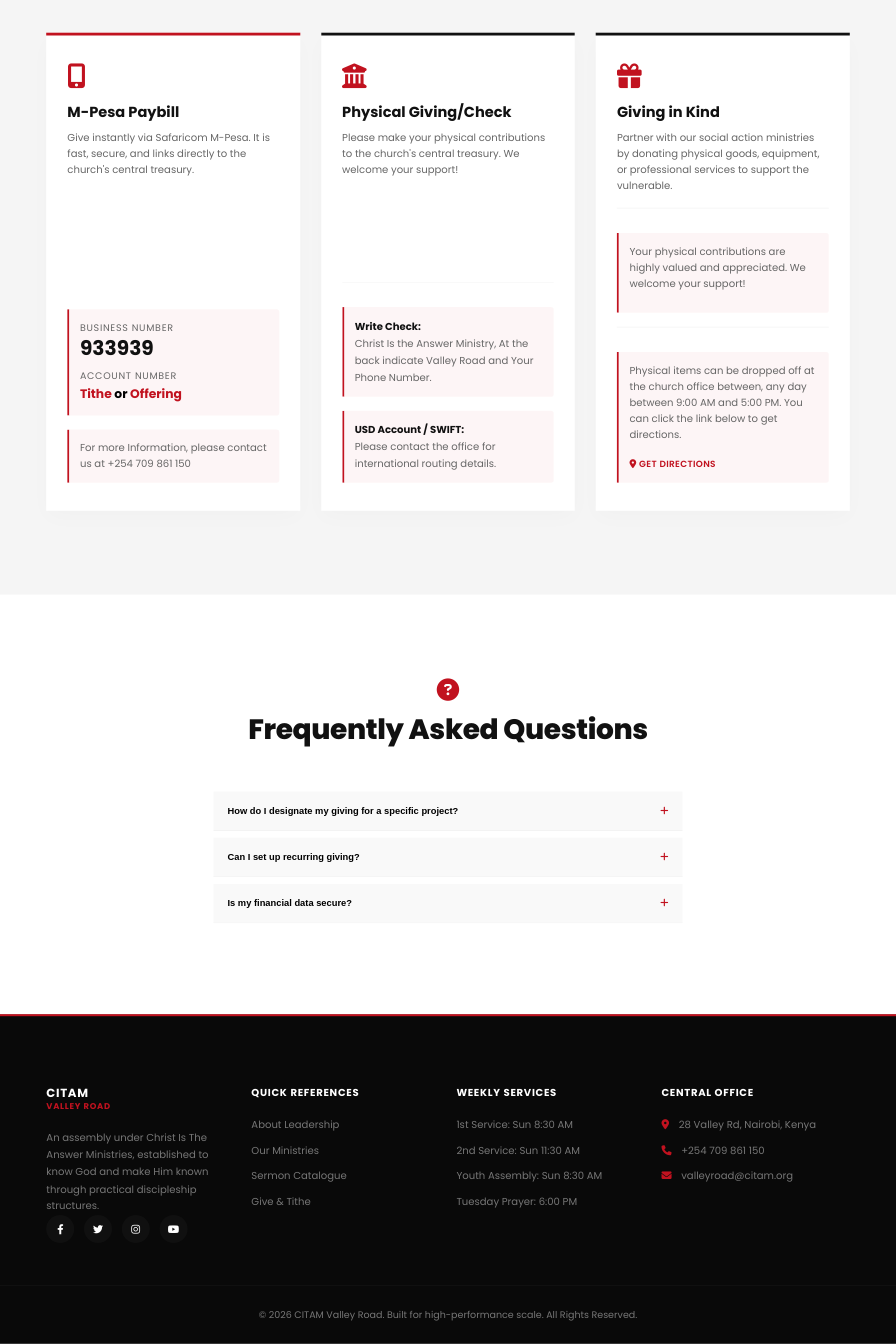
Repository: jereworks/CITAMVRD-Website
Page: give.html
These files come from the project's save history. The page is drawn as it stood at one moment and after the next save; the edit follows.
The browser window is 1280 px wide. The pictures show the part of the page from y = 774 to 2694 px (the page is 2694 px tall before and 2565 px after), at 70% of full size.

Above is the page before, as saved 2026-06-12 07:57:57.

### give.html
<!DOCTYPE html>
<html lang="en">
<head>
    <meta charset="UTF-8">
    <meta name="viewport" content="width=device-width, initial-scale=1.0">
    <meta name="description" content="Support the ministry at CITAM Valley Road through your tithes, offerings, and partnership. Find our M-Pesa Paybill, Bank details, and other giving methods.">
    <title>Give & Partner | CITAM Valley Road</title>

    <link rel="preconnect" href="https://fonts.googleapis.com">
    <link rel="preconnect" href="https://fonts.gstatic.com" crossorigin>
    <link href="https://fonts.googleapis.com/css2?family=Poppins:wght@300;400;500;600;700;800&display=swap" rel="stylesheet">
    <link rel="stylesheet" href="https://cdnjs.cloudflare.com/ajax/libs/font-awesome/6.4.0/css/all.min.css">

    <link rel="stylesheet" href="css/style.css">
</head>
<body>

    <div class="top-bar">
        <div class="container top-bar-flex">
            <div class="top-info">
                <span><i class="fas fa-phone-alt"></i> +254 709 861 150</span>
                <span><i class="fas fa-envelope"></i> valleyroad@citam.org</span>
                <span><i class="fas fa-map-marker-alt"></i> 28 Valley Rd, Nairobi, Kenya</span>
            </div>
            <div class="top-social">
                <a href="https://www.facebook.com/citamvrdke" target="_blank" aria-label="Facebook"><i class="fab fa-facebook-f"></i></a>
                <a href="https://x.com/CitamVrdKE" aria-label="Twitter"><i class="fab fa-twitter"></i></a>
                <a href="https://www.instagram.com/citamvrdke/" aria-label="Instagram"><i class="fab fa-instagram"></i></a>
                <a href="https://www.youtube.com/@CITAMValleyRoadNPC" aria-label="YouTube"><i class="fab fa-youtube"></i></a>
            </div>
        </div>
    </div>

    <header class="header" id="header">
        <div class="container nav-container">

            <a href="index.html" class="logo" aria-label="CITAM Valley Road Home" style="display: flex; align-items: center; gap: 15px; text-decoration: none;">
                <img src="images/CITAMLOGO.svg" alt="CITAM Logo" style="height: 70px; width: auto; display: block;">

                <div style="display: flex; flex-direction: column; justify-content: center;">
                    <span style="font-size: 2.2rem; font-weight: 800; color: #ffffff; line-height: 0.85; letter-spacing: 2px;">
                        CITAM
                    </span>
                    <span style="font-size: 0.7rem; font-weight: 400; color: #ffffff; line-height: 1; margin-top: 6px; text-transform: uppercase; width: 100%; text-align-last: justify;">
                        Valley Road
                    </span>
                </div>
            </a>

            <nav class="nav-menu" id="nav-menu" aria-label="Main Navigation">
                <ul class="nav-list">
                    <li><a href="index.html">Home</a></li>
                    <li><a href="about.html">About Us</a></li>
                    <li><a href="ministries.html">Ministries</a></li>
                    <li><a href="sermons.html">Sermons</a></li>
                    <li><a href="events.html">Events</a></li>
                    <li><a href="gallery.html">Gallery</a></li>
                    <li><a href="contact.html">Contact</a></li>
                </ul>
            </nav>

            <div class="nav-actions">
                <a href="give.html" class="btn btn-primary btn-nav active">Give / Tithe</a>
                <button class="hamburger" id="hamburger" aria-expanded="false" aria-label="Toggle navigation menu">
                    <i class="fas fa-bars"></i>
                </button>
            </div>
        </div>
    </header>

    <section class="about-hero-banner" style="background: linear-gradient(rgba(17, 17, 17, 0.85), rgba(17, 17, 17, 0.85)), url('https://images.unsplash.com/photo-1529070538774-1843cb3265df?auto=format&fit=crop&w=1920&q=80') no-repeat center center/cover;">
        <div class="container text-center">
            <span class="hero-pre-tag animate-on-scroll reveal-up">Worship & Partner</span>
            <h1 class="animate-on-scroll reveal-up delay-1">Giving & Tithes</h1>
            <p class="hero-subtext animate-on-scroll reveal-up delay-2">Honoring God through our resources to advance the Kingdom, support our community, and impact the world.</p>
        </div>
    </section>

    <section class="section bg-light">
        <div class="container">
            <div class="text-center mb-4">
                <span class="section-subtitle text-primary">Secure Transfer Ecosystems</span>
                <h2 class="section-title">Ways to Give</h2>
                <p class="max-width-text">Select a convenient, secure method to channel your tithes, offerings, and special project partnerships.</p>
            </div>

            <div class="grid-3 mt-4">

                <div class="identity-box card-vision animate-on-scroll reveal-up" style="display: flex; flex-direction: column;">
                    <div style="overflow: visible;">
                        <i class="fas fa-mobile-alt icon-lead text-primary"></i>
                    </div>
                    <h3>M-Pesa Paybill</h3>
                    <p style="flex-grow: 1;">Give instantly via Safaricom M-Pesa. It is fast, secure, and links directly to the church's central treasury.</p>

                    <div style="background: rgba(193, 18, 31, 0.04); border-left: 3px solid var(--primary); padding: 15px; margin-top: 20px; border-radius: 0 4px 4px 0;">
                        <span style="display: block; font-size: 0.85rem; color: var(--text-muted); text-transform: uppercase; letter-spacing: 1px;">Business Number</span>
                        <strong style="display: block; font-size: 1.8rem; color: var(--dark); line-height: 1.2;">933939</strong>

                        <span style="display: block; font-size: 0.85rem; color: var(--text-muted); text-transform: uppercase; letter-spacing: 1px; margin-top: 12px;">Account Number</span>
                        <strong style="display: block; font-size: 1.1rem; color: var(--primary);">Tithe <span style="color: #000000;">or</span> Offering</strong>
                    </div>

                    <div style="background: rgba(193, 18, 31, 0.04); border-left: 3px solid var(--primary); padding: 15px; margin-top: 20px; border-radius: 0 4px 4px 0;">
                        <p style="flex-grow: 1;">For more Information, please contact us at +254 709 861 150</p>
                    </div>

                </div>

                <div class="identity-box animate-on-scroll reveal-up delay-1" style="display: flex; flex-direction: column;">
                    <div style="overflow: visible;">
                        <i class="fas fa-university icon-lead text-primary"></i>
                    </div>
                    <h3>Physical Giving/Check</h3>
                    <p style="flex-grow: 1;">Please make your physical contributions to the church's central treasury. We welcome your support!</p>

                    <div style="border-top: 1px solid rgba(0,0,0,0.05); padding-top: 15px; margin-top: 20px;">
                        <ul style="list-style: none; font-size: 0.9rem;">
                            <li style="background: rgba(193, 18, 31, 0.04); border-left: 3px solid var(--primary); padding: 15px; margin-top: 20px; border-radius: 0 4px 4px 0;">
                                <strong style="color: var(--dark); display: block;">Write Check:</strong>
                                Christ Is the Answer Ministry, At the back indicate Valley Road and Your Phone Number.
                            </li>

                            <li style="background: rgba(193, 18, 31, 0.04); border-left: 3px solid var(--primary); padding: 15px; margin-top: 20px; border-radius: 0 4px 4px 0;">
                                <strong style="color: var(--dark); display: block;">USD Account / SWIFT:</strong>
                                Please contact the office for international routing details.
                            </li>
                        </ul>
                    </div>
                </div>

                <div class="identity-box animate-on-scroll reveal-up delay-2" style="display: flex; flex-direction: column;">
                    <div style="overflow: visible;">
                        <i class="fas fa-gift icon-lead text-primary"></i>
                    </div>
                    <h3>Giving in Kind</h3>
                    <p style="flex-grow: 1;">Partner with our social action ministries by donating physical goods, equipment, or professional services to support the vulnerable.</p>


                    <div style="border-top: 1px solid rgba(0,0,0,0.05); padding-top: 15px; margin-top: 20px;">
                        <div style="background: rgba(193, 18, 31, 0.04); border-left: 3px solid var(--primary); padding: 15px; margin-top: 20px; border-radius: 0 4px 4px 0;">
                            <p style="font-size: 0.9rem; margin-bottom: 15px;">Your physical contributions are highly valued and appreciated. We welcome your support!</p>
                        </div>
                    </div>

                    <div style="border-top: 1px solid rgba(0,0,0,0.05); padding-top: 15px; margin-top: 20px;">
                        <div style="background: rgba(193, 18, 31, 0.04); border-left: 3px solid var(--primary); padding: 15px; margin-top: 20px; border-radius: 0 4px 4px 0;">
                            <p style="font-size: 0.9rem; margin-bottom: 15px;">Physical items can be dropped off at the church office between, any day between 9:00 AM and 5:00 PM. You can click the link below to get directions.</p>
                            <a href="contact.html" class="action-link" style="color: var(--primary);"><i class="fas fa-map-marker-alt"></i> Get Directions</a>
                        </div>
                    </div>

                </div>

            </div>
        </div>
    </section>

    <section class="section bg-white">
        <div class="container max-width-text">
            <div class="text-center mb-4">
                <i class="fas fa-question-circle text-primary" style="font-size: 2rem; margin-bottom: 15px;"></i>
                <h2 class="section-title">Frequently Asked Questions</h2>
            </div>

            <div class="accordion-container animate-on-scroll reveal-up">

                <div class="accordion-item">
                    <button class="accordion-header" aria-expanded="false">
                        <span>How do I designate my giving for a specific project?</span>
                        <i class="fas fa-plus text-primary transition-smooth"></i>
                    </button>
                    <div class="accordion-content">
                        <p style="padding: 15px 0;">When using M-Pesa, you can indicate the specific project name in the <strong>Account Number</strong> field (e.g., "Building Fund", "Missions", or "Welfare"). For Bank Transfers, please include the designation in your transfer reference notes.</p>
                    </div>
                </div>

                <div class="accordion-item">
                    <button class="accordion-header" aria-expanded="false">
                        <span>Can I set up recurring giving?</span>
                        <i class="fas fa-plus text-primary transition-smooth"></i>
                    </button>
                    <div class="accordion-content">
                        <p style="padding: 15px 0;">Yes. We highly encourage setting up a Standing Order with your bank. This automates your tithes and regular offerings, ensuring consistency. You can use the bank details provided above to set this up with your branch.</p>
                    </div>
                </div>

                <div class="accordion-item">
                    <button class="accordion-header" aria-expanded="false">
                        <span>Is my financial data secure?</span>
                        <i class="fas fa-plus text-primary transition-smooth"></i>
                    </button>
                    <div class="accordion-content">
                        <p style="padding: 15px 0;">Absolutely. All digital transactions are processed directly through Safaricom and our partnered commercial banks. CITAM Valley Road does not intercept, store, or process your direct banking passwords or PINs.</p>
                    </div>
                </div>

            </div>
        </div>
    </section>

    <footer class="footer">
        <div class="container grid-4">
            <div class="footer-col">
                <h3>CITAM<span>Valley Road</span></h3>
                <p>An assembly under Christ Is The Answer Ministries, established to know God and make Him known through practical discipleship structures.</p>
                <div class="social-links">
                    <a href="https://www.facebook.com/citamvrdke" target="_blank" rel="noopener noreferrer" aria-label="Facebook"><i class="fab fa-facebook-f"></i></a>
                    <a href="https://x.com/CitamVrdKE" target="_blank" rel="noopener noreferrer" aria-label="Twitter"><i class="fab fa-twitter"></i></a>
                    <a href="https://www.instagram.com/citamvrdke/" target="_blank" rel="noopener noreferrer" aria-label="Instagram"><i class="fab fa-instagram"></i></a>
                    <a href="https://www.youtube.com/@CITAMValleyRoadNPC" target="_blank" rel="noopener noreferrer" aria-label="YouTube"><i class="fab fa-youtube"></i></a>
                </div>
            </div>
            <div class="footer-col">
                <h4>Quick References</h4>
                <ul>
                    <li><a href="about.html">About Leadership</a></li>
                    <li><a href="ministries.html">Our Ministries</a></li>
                    <li><a href="sermons.html">Sermon Catalogue</a></li>
                    <li><a href="give.html">Give & Tithe</a></li>
                </ul>
            </div>
            <div class="footer-col">
                <h4>Weekly Services</h4>
                <ul>
                    <li>1st Service: Sun 8:30 AM</li>
                    <li>2nd Service: Sun 11:30 AM</li>
                    <li>Youth Assembly: Sun 8:30 AM</li>
                    <li>Tuesday Prayer: 6:00 PM</li>
                </ul>
            </div>
            <div class="footer-col">
                <h4>Central Office</h4>
                <ul>
                    <li><i class="fas fa-map-marker-alt"></i> 28 Valley Rd, Nairobi, Kenya</li>
                    <li><i class="fas fa-phone"></i> +254 709 861 150</li>
                    <li><i class="fas fa-envelope"></i> valleyroad@citam.org</li>
                </ul>
            </div>
        </div>
        <div class="footer-bottom text-center">
            <p>© 2026 CITAM Valley Road. Built for high-performance scale. All Rights Reserved.</p>
        </div>
    </footer>

    <script>
        document.addEventListener('DOMContentLoaded', () => {

            // 1. Sticky Header Intersection
            const header = document.getElementById('header');
            window.addEventListener('scroll', () => {
                if (window.scrollY > 50) {
                    header.classList.add('scrolled');
                } else {
                    header.classList.remove('scrolled');
                }
            });

            // 2. Mobile Nav Toggle
            const hamburger = document.getElementById('hamburger');
            const navMenu = document.getElementById('nav-menu');
            hamburger.addEventListener('click', () => {
                navMenu.classList.toggle('show');
                const isExpanded = hamburger.getAttribute('aria-expanded') === 'true';
                hamburger.setAttribute('aria-expanded', !isExpanded);
            });

            // 3. Cinematic Scroll Reveal via IntersectionObserver
            const observerOptions = {
                root: null,
                rootMargin: '0px',
                threshold: 0.15
            };

            const revealObserver = new IntersectionObserver((entries, observer) => {
                entries.forEach(entry => {
                    if (entry.isIntersecting) {
                        entry.target.classList.add('active');
                        observer.unobserve(entry.target);
                    }
                });
            }, observerOptions);

            const animatableElements = document.querySelectorAll('.animate-on-scroll');
            animatableElements.forEach(el => revealObserver.observe(el));

            // 4. Accordion Logic (Scalable UI Pattern)
            const accordionHeaders = document.querySelectorAll('.accordion-header');

            accordionHeaders.forEach(header => {
                header.addEventListener('click', function() {
                    const content = this.nextElementSibling;
                    const icon = this.querySelector('i');
                    const isOpen = content.style.maxHeight;

                    // Close all other accordions
                    document.querySelectorAll('.accordion-content').forEach(item => {
                        item.style.maxHeight = null;
                    });
                    document.querySelectorAll('.accordion-header i').forEach(item => {
                        item.classList.remove('fa-minus');
                        item.classList.add('fa-plus');
                    });
                    document.querySelectorAll('.accordion-header').forEach(item => {
                        item.setAttribute('aria-expanded', 'false');
                    });

                    // Open clicked if it was closed
                    if (!isOpen) {
                        content.style.maxHeight = content.scrollHeight + "px";
                        icon.classList.remove('fa-plus');
                        icon.classList.add('fa-minus');
                        this.setAttribute('aria-expanded', 'true');
                    }
                });
            });
        });
    </script>
</body>
</html>

Loaded but not shown: css/style.css (1641 lines, source omitted)

After the next save:
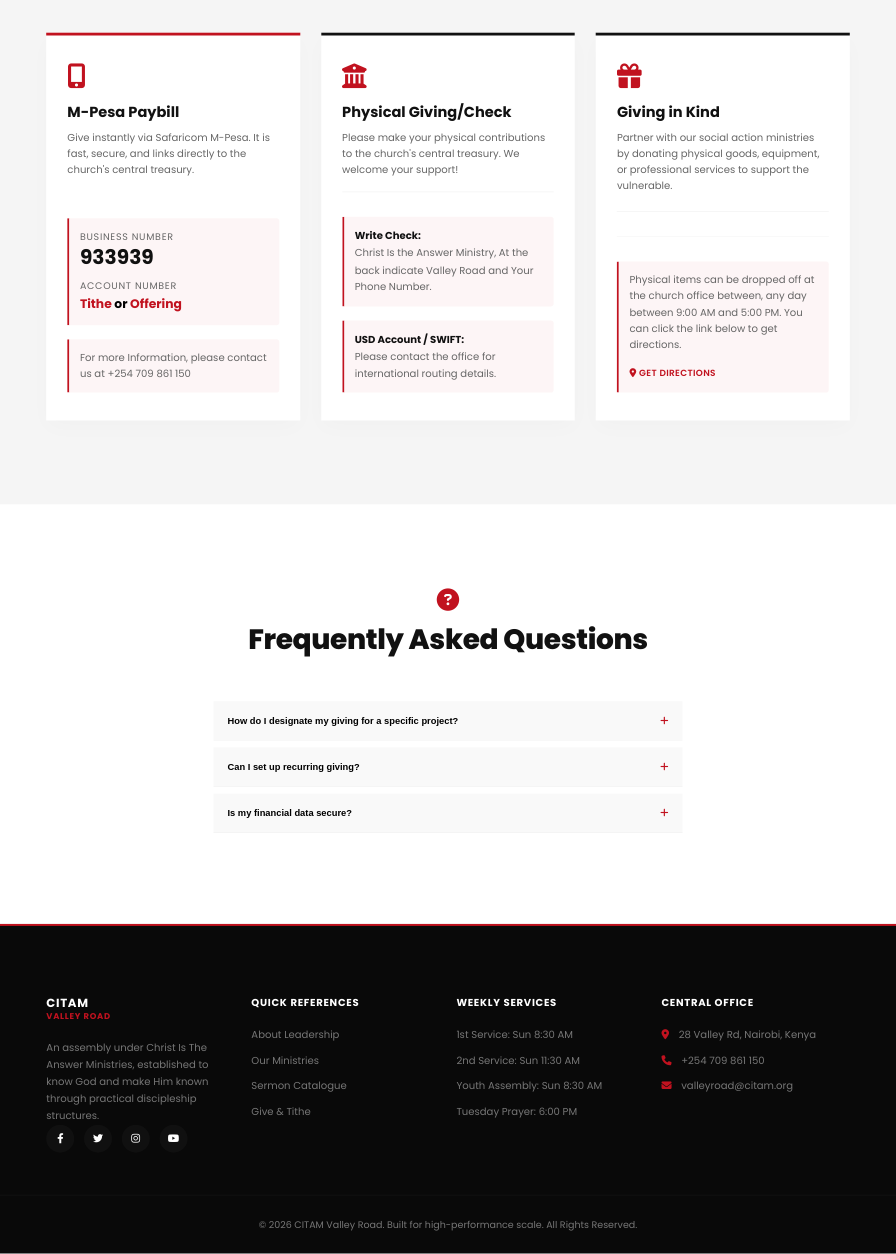
Saved 38 s later.
--- a/give.html
+++ b/give.html
@@ -138,9 +138,7 @@
 
 
                     <div style="border-top: 1px solid rgba(0,0,0,0.05); padding-top: 15px; margin-top: 20px;">
-                        <div style="background: rgba(193, 18, 31, 0.04); border-left: 3px solid var(--primary); padding: 15px; margin-top: 20px; border-radius: 0 4px 4px 0;">
-                            <p style="font-size: 0.9rem; margin-bottom: 15px;">Your physical contributions are highly valued and appreciated. We welcome your support!</p>
-                        </div>
+
                     </div>
 
                     <div style="border-top: 1px solid rgba(0,0,0,0.05); padding-top: 15px; margin-top: 20px;">
